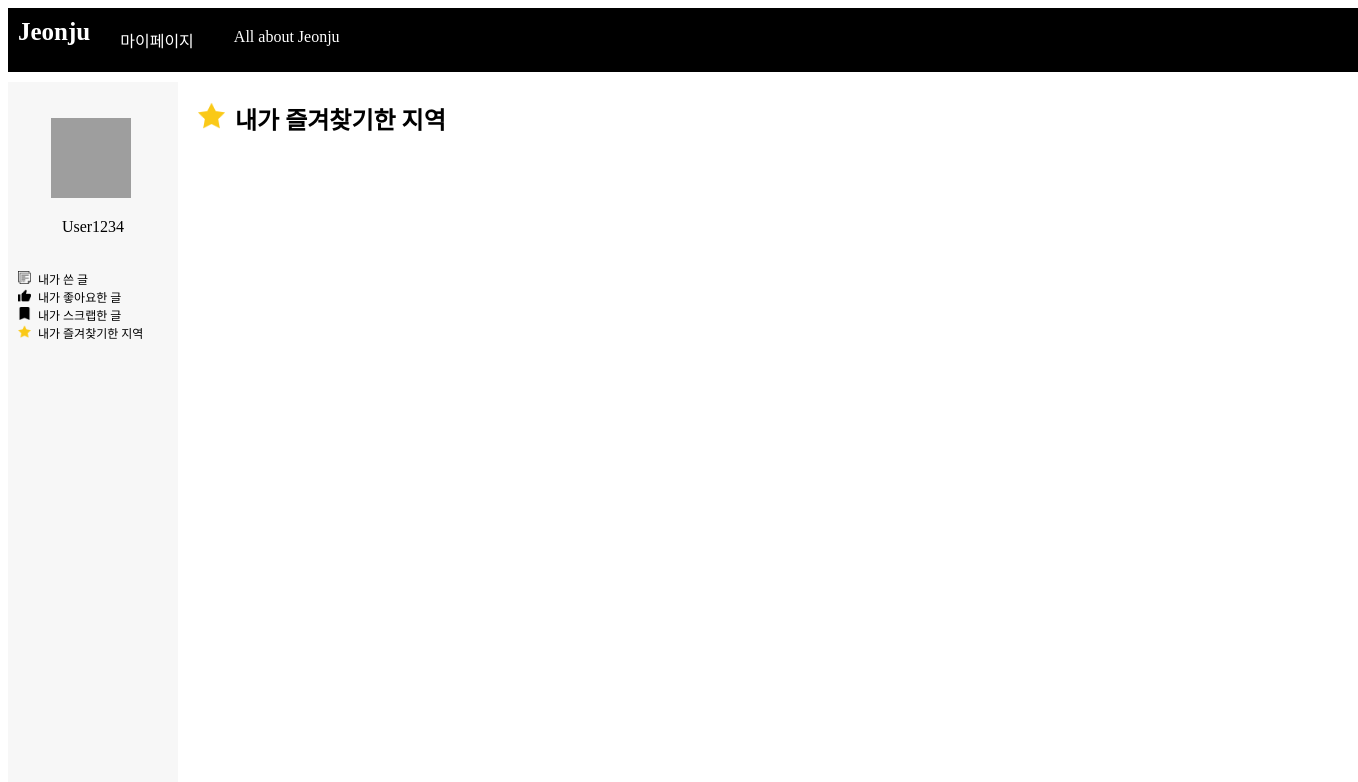
Repository: wka99/WEB-PROJECT
Page: Jeonju/WebContent/UserPage4.html
The author's editor kept a copy of each file at every save. The page is drawn from the files as they stood at one save, then again after the next save.
The browser window is 1280 px wide. The page is 1358 px wide, so the pictures cover 1358 px, including what lies to the right of the window. The pictures show the whole page.
Pictures or frames that could not be fetched are drawn as grey boxes. An inner scrolling area shows only its first screen.

Above is the page before, as saved 2018-12-03 09:25:15.

After the next save:
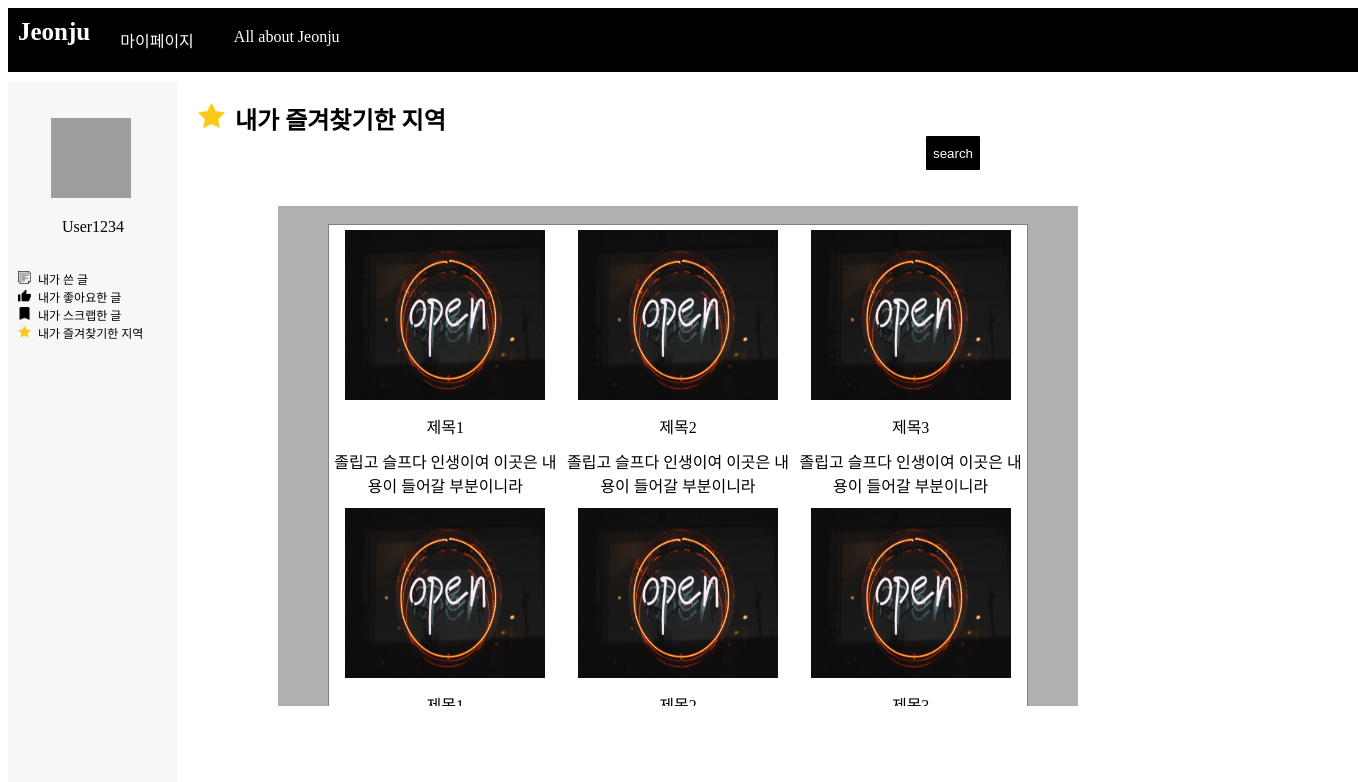
Saved 54 s later.
--- a/Jeonju/WebContent/UserPage4.html
+++ b/Jeonju/WebContent/UserPage4.html
@@ -40,7 +40,46 @@
     		<b><font size="5">&nbsp;내가 즐겨찾기한 지역</font></b>
     	</div>
     	<div class="bookmark_posts">
-
+    		<input type="text" class="searchtext" value=""/>
+    		<button id="searchbutton" type="button" class="search">search</button>
+    	</div>
+    	<br><br>
+    	<div class="myPost">
+    	<br>
+    	<table id="user-table">
+    		<tbody>
+    		<tr>
+				<td><img src="ds.jpg" width="200px" height="170px"></td>
+				<td><img src="ds.jpg" width="200px" height="170px"></td>
+				<td><img src="ds.jpg" width="200px" height="170px"></td>
+    		</tr>
+    		<tr>
+    			<td height="10px">제목1</td>
+				<td height="10px">제목2</td>
+				<td height="10px">제목3</td>
+    		</tr>
+    		<tr>
+    			<td height="50px">졸립고 슬프다 인생이여 이곳은 내용이 들어갈 부분이니라</td>
+				<td height="50px">졸립고 슬프다 인생이여 이곳은 내용이 들어갈 부분이니라</td>
+				<td height="50px">졸립고 슬프다 인생이여 이곳은 내용이 들어갈 부분이니라</td>
+    		</tr>
+    		<tr>
+				<td><img src="ds.jpg" width="200px" height="170px"></td>
+				<td><img src="ds.jpg" width="200px" height="170px"></td>
+				<td><img src="ds.jpg" width="200px" height="170px"></td>
+    		</tr>
+    		<tr>
+    			<td height="10px">제목1</td>
+				<td height="10px">제목2</td>
+				<td height="10px">제목3</td>
+    		</tr>
+    		<tr>
+    			<td height="50px">졸립고 슬프다 인생이여 이곳은 내용이 들어갈 부분이니라</td>
+				<td height="50px">졸립고 슬프다 인생이여 이곳은 내용이 들어갈 부분이니라</td>
+				<td height="50px">졸립고 슬프다 인생이여 이곳은 내용이 들어갈 부분이니라</td>
+    		</tr>
+    		</tbody>
+    	</table>
     	</div>
     </section>
 </div>
